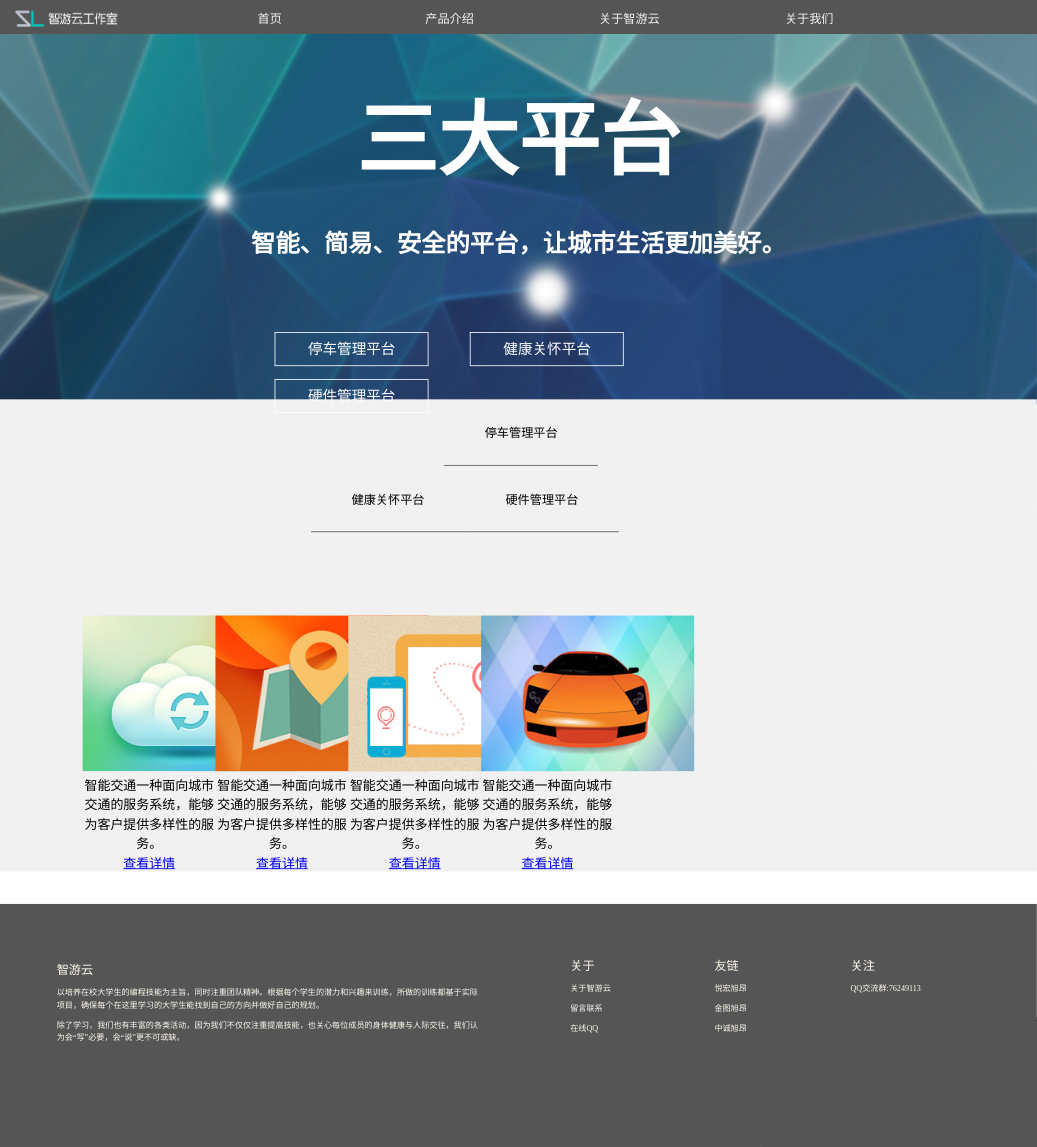
Repository: dakai1234/webTest
Page: 智游云1/product/product.html
An editor plug-in stored every save of this project. The page is shown before and after the next save, followed by the edit.
The browser window is 1280 px wide. The pictures show the whole page, at 81% of full size.

Above is the page before, as saved 2021-04-11 22:31:00.

After the next save:
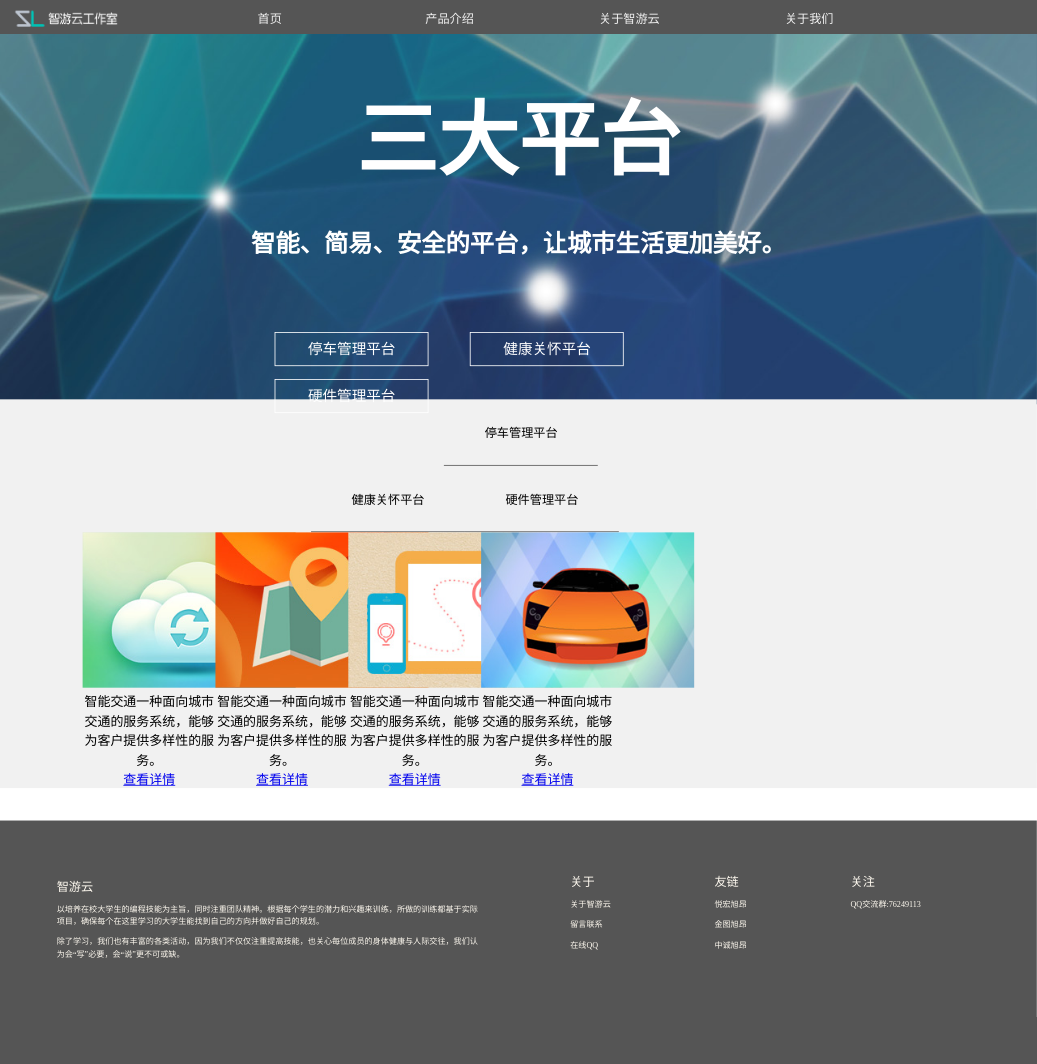
Saved 50 s later.
--- a/智游云1/product/product.css
+++ b/智游云1/product/product.css
@@ -66,7 +66,7 @@
 }
 
 .mod {
-    margin: 10%;
+    margin: 0% 10%;
 }
 
 .card {
